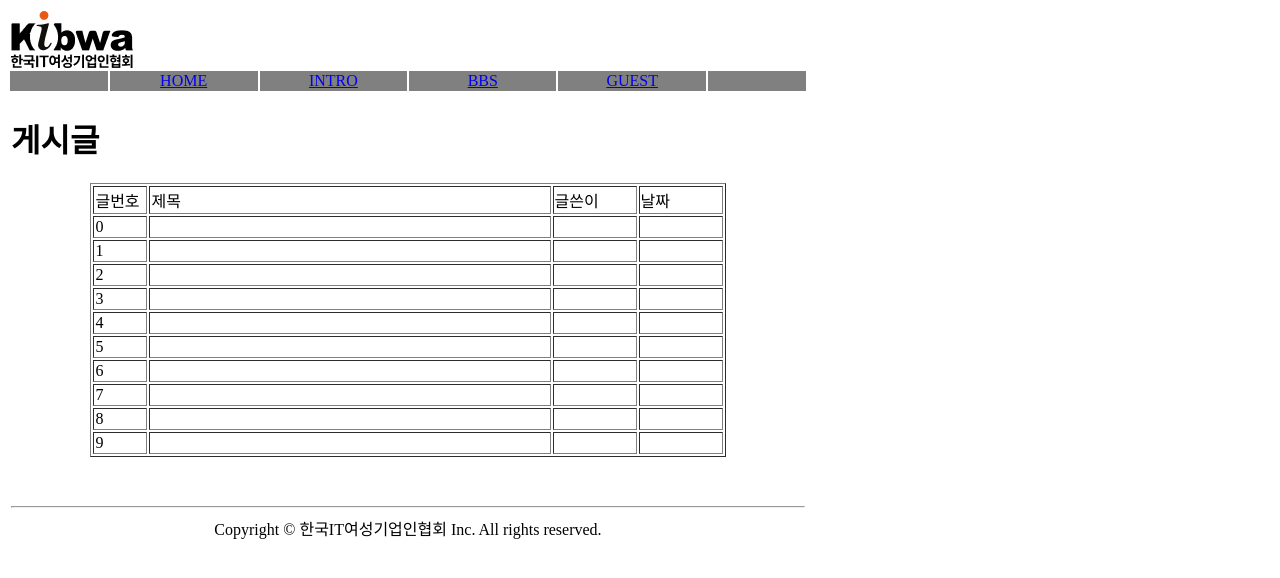
Repository: hwa3845/fullstackjava
Page: http://localhost/web02/list.jsp
The author's editor kept a copy of each file at every save. The page is drawn from the files as they stood at one save, then again after the next save.
The browser window is 1280 px wide. The pictures show the whole page.
The page is served by Tomcat 9.

Above is the page before, as saved 2025-04-15 07:46:00.

After the next save:
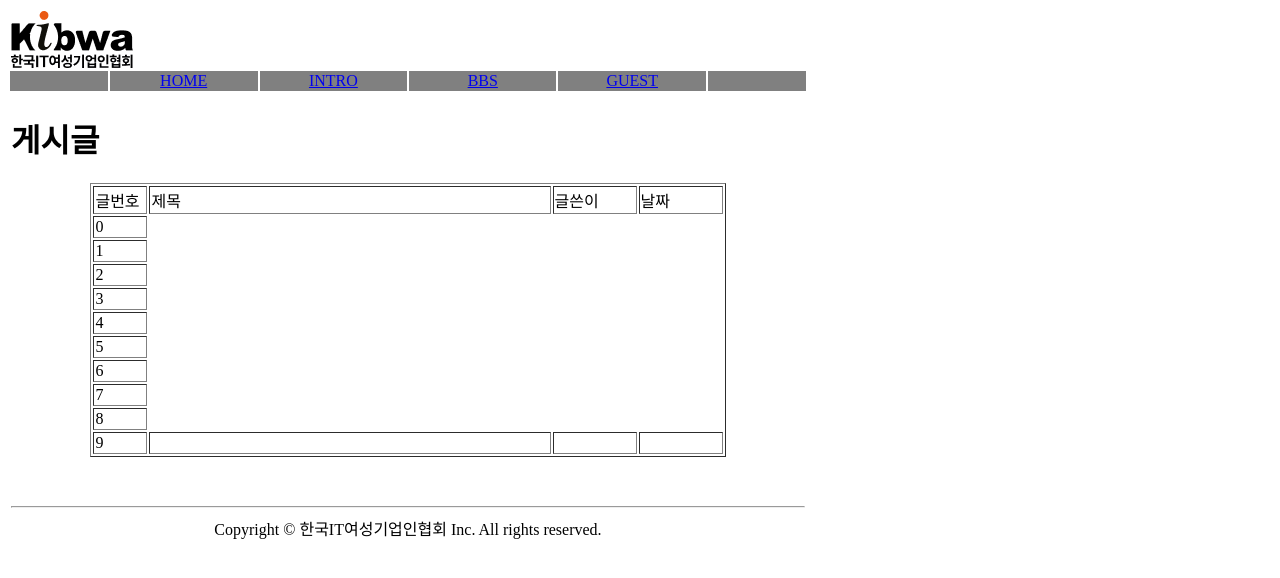
Saved 5 min 25 s later.
--- a/webWorkspace/web02/WebContent/list.jsp
+++ b/webWorkspace/web02/WebContent/list.jsp
@@ -34,12 +34,13 @@
 			%>
 			<tr>
 				<td><%=i %></td>
+				<%
+			}%>
 				<td></td>
 				<td></td>
 				<td></td>
 			</tr>
-			<%
-			}%>
+
 		</table>
 		</td>
 	</tr>
